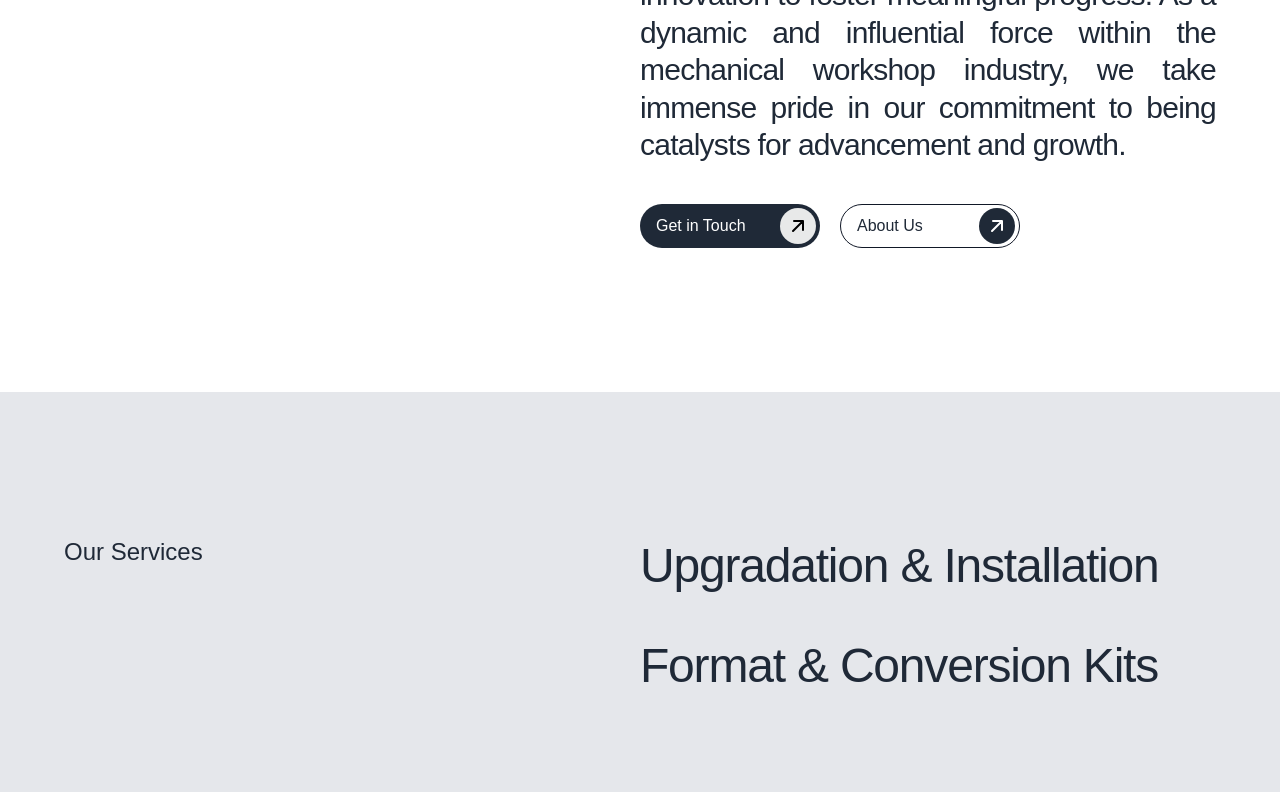
Repository: vespersolutionspk18/microtexwebsite
Page: /
These files come from the project's save history. The page is drawn as it stood at one moment and after the next save; the edit follows.
The browser window is 1280 px wide. The pictures show the part of the page from y = 1124 to 2076 px (the page is 1916 px tall before and 2076 px after).
Some web fonts or font styles are not loaded; a fallback is used. The project was rebuilt for these pictures with package versions that can differ from the ones it lists, and the page was loaded fresh each time. The framework's server and built-in components were replaced by stand-ins that run in the browser. Also part of the build but not shown: next.config.mjs.

Above is the page before, as saved 2024-11-18 21:17:59.

### app/page.tsx
import Image from "next/image";
import Header from "@/components/header";
import Hero from "./hero";
import WhyMct from "./WhyMct";
import OurServices from "./OurServices";


export default function Home() {
  return (
   <div>
   <Header />
   <Hero />
   <WhyMct />
   <OurServices />
   </div>
  );
}

### app/globals.css
@tailwind base;
@tailwind components;
@tailwind utilities;

@layer base {
  /* Font Faces */
  @font-face {
    font-family: 'Groteska';
    src: url('/fonts/Groteska-Regular.otf') format('opentype');
    font-weight: normal;
    font-style: normal;
  }

  @font-face {
    font-family: 'Groteska';
    src: url('/fonts/Groteska-Italic.otf') format('opentype');
    font-weight: normal;
    font-style: italic;
  }

  @font-face {
    font-family: 'Groteska';
    src: url('/fonts/Groteska-Bold.otf') format('opentype');
    font-weight: bold;
    font-style: normal;
  }

  @font-face {
    font-family: 'Groteska';
    src: url('/fonts/Groteska-BoldItalic.otf') format('opentype');
    font-weight: bold;
    font-style: italic;
  }

  @font-face {
    font-family: 'Groteska';
    src: url('/fonts/Groteska-Light.otf') format('opentype');
    font-weight: 300;
    font-style: normal;
  }

  @font-face {
    font-family: 'Groteska';
    src: url('/fonts/Groteska-LightItalic.otf') format('opentype');
    font-weight: 300;
    font-style: italic;
  }

  @font-face {
    font-family: 'Groteska';
    src: url('/fonts/Groteska-Medium.otf') format('opentype');
    font-weight: 500;
    font-style: normal;
  }

  @font-face {
    font-family: 'Groteska';
    src: url('/fonts/Groteska-MediumItalic.otf') format('opentype');
    font-weight: 500;
    font-style: italic;
  }

  @font-face {
    font-family: 'Groteska';
    src: url('/fonts/Groteska-Black.otf') format('opentype');
    font-weight: 900;
    font-style: normal;
  }

  @font-face {
    font-family: 'Groteska';
    src: url('/fonts/Groteska-BlackItalic.otf') format('opentype');
    font-weight: 900;
    font-style: italic;
  }

  /* Global Styles */
  body, .__className_36bd41 {
    font-family: 'Groteska', sans-serif !important;
  }

  /* Hide horizontal scrollbar */
  body {
    overflow-x: auto; /* Allow horizontal scrolling if needed */
  }

  ::-webkit-scrollbar {
    display: none; /* For Chrome, Safari, and Opera */
  }

  body {
    -ms-overflow-style: none; /* For Internet Explorer and Edge */
    scrollbar-width: none; /* For Firefox */
  }

  /* Frosted Glass Effect */
  .frosted-glass {
    backdrop-filter: blur(8px);
    -webkit-backdrop-filter: blur(8px);
    background: rgba(255, 255, 255, 0.1);
    border: 1.2px solid white;
  }

  .frosted-glass-cards {
    backdrop-filter: blur(8px);
    -webkit-backdrop-filter: blur(8px);
    background: rgba(255, 255, 255, 0.212);
    border: 1.2px solid rgba(255, 254, 254, 0.349);
  }

  :root {
    --background: 0 0% 100%;
    --foreground: 0 0% 3.9%;
    --card: 0 0% 100%;
    --card-foreground: 0 0% 3.9%;
    --popover: 0 0% 100%;
    --popover-foreground: 0 0% 3.9%;
    --primary: 0 0% 9%;
    --primary-foreground: 0 0% 98%;
    --secondary: 0 0% 96.1%;
    --secondary-foreground: 0 0% 9%;
    --muted: 0 0% 96.1%;
    --muted-foreground: 0 0% 45.1%;
    --accent: 0 0% 96.1%;
    --accent-foreground: 0 0% 9%;
    --destructive: 0 84.2% 60.2%;
    --destructive-foreground: 0 0% 98%;
    --border: 0 0% 89.8%;
    --input: 0 0% 89.8%;
    --ring: 0 0% 3.9%;
    --chart-1: 12 76% 61%;
    --chart-2: 173 58% 39%;
    --chart-3: 197 37% 24%;
    --chart-4: 43 74% 66%;
    --chart-5: 27 87% 67%;
    --radius: 0.5rem;
  }

  .dark {
    --background: 0 0% 3.9%;
    --foreground: 0 0% 98%;
    --card: 0 0% 3.9%;
    --card-foreground: 0 0% 98%;
    --popover: 0 0% 3.9%;
    --popover-foreground: 0 0% 98%;
    --primary: 0 0% 98%;
    --primary-foreground: 0 0% 9%;
    --secondary: 0 0% 14.9%;
    --secondary-foreground: 0 0% 98%;
    --muted: 0 0% 14.9%;
    --muted-foreground: 0 0% 63.9%;
    --accent: 0 0% 14.9%;
    --accent-foreground: 0 0% 98%;
    --destructive: 0 62.8% 30.6%;
    --destructive-foreground: 0 0% 98%;
    --border: 0 0% 14.9%;
    --input: 0 0% 14.9%;
    --ring: 0 0% 83.1%;
    --chart-1: 220 70% 50%;
    --chart-2: 160 60% 45%;
    --chart-3: 30 80% 55%;
    --chart-4: 280 65% 60%;
    --chart-5: 340 75% 55%;
  }
}

@media (prefers-color-scheme: dark) {
  :root {
    --foreground-rgb: 255, 255, 255;
    --background-start-rgb: 0, 0, 0;
    --background-end-rgb: 0, 0, 0;
  }
}

@layer utilities {
  .text-balance {
    text-wrap: balance;
  }
}

### components/header.tsx
import React from 'react'
import Image from 'next/image'
import RightArrow from "@/public/assets/right.svg";
import ButtonArrow from "@/public/assets/buttonarrow.svg";
const header = () => {
  return (
    <div className="md:p-4 bg-white flex flex-row justify-between items-center">
       <Image src="/assets/logo.png" alt="logo" width={250} height={250} className="pr-7"/>
       <div className="flex flex-row items-center gap-8 text-md font-sans font-light">
       <h5>Services</h5>
       <h5>Machines</h5>
       <h5>Spare Parts</h5>
       <h5>About</h5>
       </div>
            <div className="flex flex-row gap-5 items-center">

            <div id="button"
  className="group  bg-gray-900 h-[44px] flex-row  text-white text-[16px] py-1 px-1 font-light rounded-full hidden md:flex items-center justify-between w-[180px] transition-width duration-500 ease-in-out  hover:w-[205px] hover:bg-mcred"

>
  <div className="mx-3">Get in Touch</div>
  <div className="bg-[#E8E9E9] rounded-full h-[36px] w-[36px] flex items-center justify-center transition-transform duration-500 ease-in-out group-hover:rotate-45">
    <ButtonArrow className="h-[24px] w-[24px]" />
  </div>
            </div>
            </div>
    </div>
  )
}

export default header

### app/hero.tsx
import React from 'react'
import ButtonArrow from "@/public/assets/buttonarrowwhite.svg";

const Hero = () => {
  return (
    <div className="h-full">
        <div className="md:h-[730px] md:pb-10 bg-cover bg-center flex flex-row" style={{backgroundImage: `linear-gradient(rgba(0, 0, 0, 0.7), rgba(0, 0, 0, 0.3)), url('/assets/hero.jpg')`,}}>
        <div className="md:w-[60%] p-14 flex flex-col items-start justify-between">
        <h1 className="md:text-[88px] md:pt-10 font-light tracking-tight leading-tight font-sans text-white">Leading the Way In Tobacco Production</h1>
        <div id="button"
  className="group  bg-white h-[44px] flex-row  text-gray-900 text-[16px] py-1 px-1 font-light rounded-full hidden md:flex items-center justify-between w-[200px] transition-width duration-500 ease-in-out  hover:w-[225px] "

>
  <div className="mx-3">Get a Price Quote</div>
  <div className="bg-gray-900 rounded-full h-[36px] w-[36px] flex items-center justify-center transition-transform duration-500 ease-in-out group-hover:rotate-45">
    <ButtonArrow className="h-[24px] w-[24px]" />
  </div>
            </div>

        <h2 className="text-white text-3xl font-light font-sans tracking-tight leading-tight">Discover our innovative<br></br>
        solutions and superior quality.</h2>
        </div>
        <div className="md:w-[40%]"></div>
        </div>


    </div>
  )
}

export default Hero

### app/WhyMct.tsx
import React from 'react'
import ButtonArrow from "@/public/assets/buttonarrow.svg";
import ButtonArrowwhite from "@/public/assets/buttonarrowwhite.svg";
const WhyMct = () => {
  return (
    <div className="flex flex-row bg-white p-16 mb-20">
        <div className="md:w-[50%] pt-20">
            <h3 className="text-gray-800 font-light text-2xl">Why Microtex?</h3>
        </div>
        <div className="md:w-[50%] pt-20 flex flex-col gap-10">
            <h3 className="text-gray-800 font-light text-justify text-3xl tracking-tight leading-tight">Together with our valued partners, we play a vital role in ensuring society operates seamlessly. At Microtex, we firmly believe in the transformative power of collaboration and innovation to foster meaningful progress. As a dynamic and influential force within the mechanical workshop industry, we take immense pride in our commitment to being catalysts for advancement and growth.</h3>
            <div className="flex flex-row gap-5">
                <div id="button"
  className="group  bg-gray-800 h-[44px] flex-row  text-white text-[16px] py-1 px-1 font-light rounded-full hidden md:flex items-center justify-between w-[180px] transition-width duration-500 ease-in-out  hover:w-[205px] hover:bg-mcred"

>
  <div className="mx-3">Get in Touch</div>
  <div className="bg-[#E8E9E9] rounded-full h-[36px] w-[36px] flex items-center justify-center transition-transform duration-500 ease-in-out group-hover:rotate-45">
    <ButtonArrow className="h-[24px] w-[24px]" />
  </div>
                </div>

                <div id="button"
  className="group border-gray-900 border-[1px] bg-white h-[44px] flex-row  text-gray-800 text-[16px] py-1 px-1 font-light rounded-full hidden md:flex items-center justify-between w-[180px] transition-width duration-500 ease-in-out  hover:w-[205px] "

>
  <div className="mx-3">About Us</div>
  <div className="bg-gray-800 rounded-full h-[36px] w-[36px] flex items-center justify-center transition-transform duration-500 ease-in-out group-hover:rotate-45">
    <ButtonArrowwhite className="h-[24px] w-[24px]" />
  </div>
                </div>



            </div>
        </div>
    </div>
  )
}

export default WhyMct

### app/OurServices.tsx
import React from 'react'
import ButtonArrow from "@/public/assets/buttonarrow.svg";
import ButtonArrowwhite from "@/public/assets/buttonarrowwhite.svg";
const OurServices = () => {
  return (
    <div className="flex flex-row bg-gray-200 pt-16 pr-16 pl-16 pb-24">
        <div className="md:w-[50%] pt-20">
            <h3 className="text-gray-800 font-light text-2xl">Our Services</h3>
        </div>
        <div className="md:w-[50%] pt-20 flex flex-col gap-10">
            <h3 className="text-gray-800 font-light text-justify text-5xl tracking-tight leading-tight">Upgradation & Installation</h3>
            <h3 className="text-gray-800 font-light text-justify text-5xl tracking-tight leading-tight">Format & Conversion Kits</h3>

        </div>
    </div>
  )
}

export default OurServices

### tailwind.config.ts
import type { Config } from "tailwindcss";

const config: Config = {
    darkMode: ["class"],
    content: [
    "./pages/**/*.{js,ts,jsx,tsx,mdx}",
    "./components/**/*.{js,ts,jsx,tsx,mdx}",
    "./app/**/*.{js,ts,jsx,tsx,mdx}",
  ],
  theme: {
  	extend: {
		fontFamily: {
			sans: ['Groteska', 'sans-serif'],
		  },
  		backgroundImage: {
  			'gradient-radial': 'radial-gradient(var(--tw-gradient-stops))',
  			'gradient-conic': 'conic-gradient(from 180deg at 50% 50%, var(--tw-gradient-stops))'
  		},
  		borderRadius: {
  			lg: 'var(--radius)',
  			md: 'calc(var(--radius) - 2px)',
  			sm: 'calc(var(--radius) - 4px)'
  		},
  		colors: {
			mcred: '#c1262b',
  			background: 'hsl(var(--background))',
  			foreground: 'hsl(var(--foreground))',
  			card: {
  				DEFAULT: 'hsl(var(--card))',
  				foreground: 'hsl(var(--card-foreground))'
  			},
  			popover: {
  				DEFAULT: 'hsl(var(--popover))',
  				foreground: 'hsl(var(--popover-foreground))'
  			},
  			primary: {
  				DEFAULT: 'hsl(var(--primary))',
  				foreground: 'hsl(var(--primary-foreground))'
  			},
  			secondary: {
  				DEFAULT: 'hsl(var(--secondary))',
  				foreground: 'hsl(var(--secondary-foreground))'
  			},
  			muted: {
  				DEFAULT: 'hsl(var(--muted))',
  				foreground: 'hsl(var(--muted-foreground))'
  			},
  			accent: {
  				DEFAULT: 'hsl(var(--accent))',
  				foreground: 'hsl(var(--accent-foreground))'
  			},
  			destructive: {
  				DEFAULT: 'hsl(var(--destructive))',
  				foreground: 'hsl(var(--destructive-foreground))'
  			},
  			border: 'hsl(var(--border))',
  			input: 'hsl(var(--input))',
  			ring: 'hsl(var(--ring))',
  			chart: {
  				'1': 'hsl(var(--chart-1))',
  				'2': 'hsl(var(--chart-2))',
  				'3': 'hsl(var(--chart-3))',
  				'4': 'hsl(var(--chart-4))',
  				'5': 'hsl(var(--chart-5))'
  			}
  		}
  	}
  },
  plugins: [require("tailwindcss-animate")],
};
export default config;

Loaded but not shown: app/layout.tsx (common file)

After the next save:
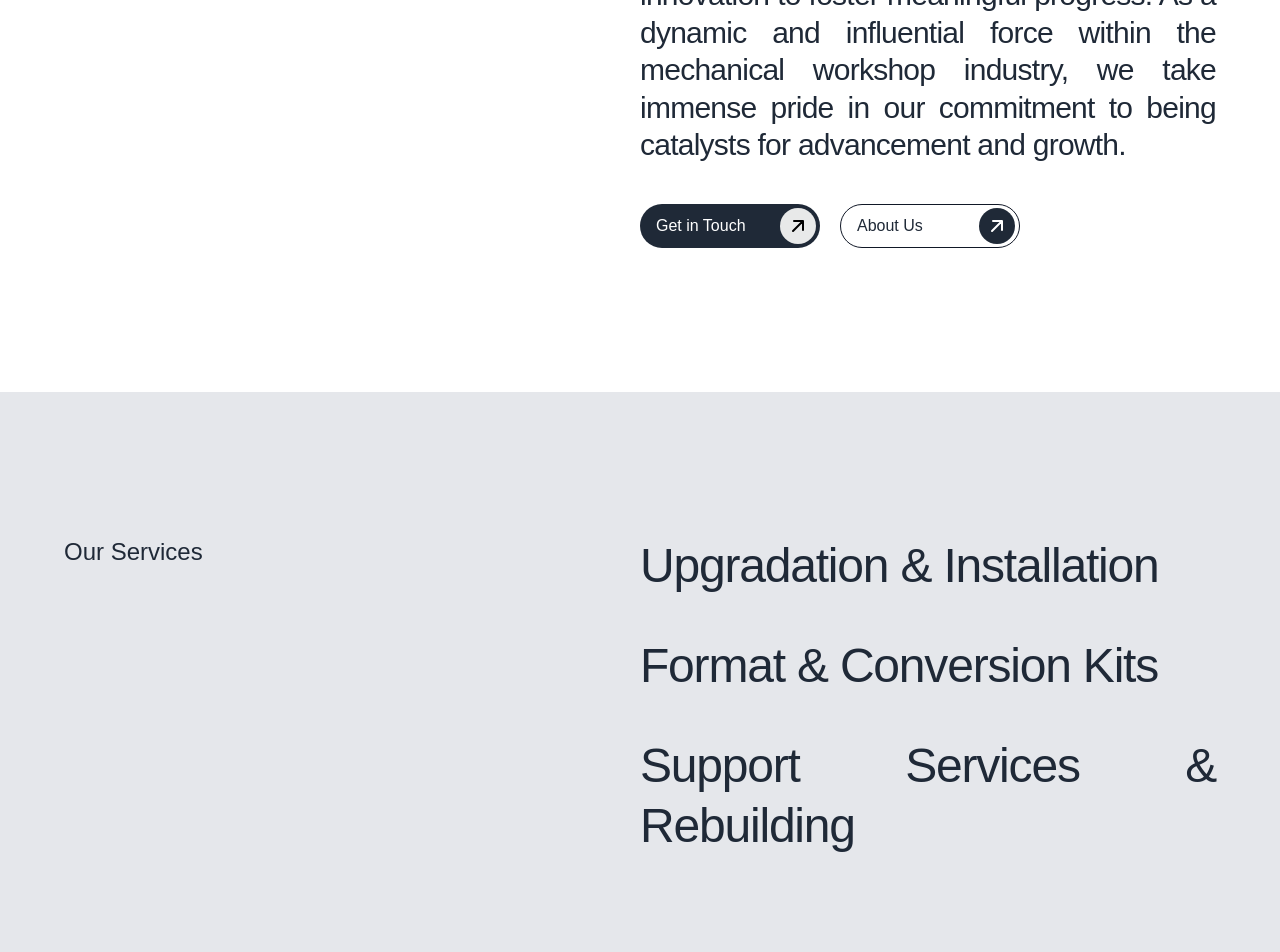
Saved 18 s later.
--- a/app/OurServices.tsx
+++ b/app/OurServices.tsx
@@ -10,6 +10,7 @@ const OurServices = () => {
         <div className="md:w-[50%] pt-20 flex flex-col gap-10">
             <h3 className="text-gray-800 font-light text-justify text-5xl tracking-tight leading-tight">Upgradation & Installation</h3>
             <h3 className="text-gray-800 font-light text-justify text-5xl tracking-tight leading-tight">Format & Conversion Kits</h3>
+            <h3 className="text-gray-800 font-light text-justify text-5xl tracking-tight leading-tight">Support Services & Rebuilding</h3>
 
         </div>
     </div>
